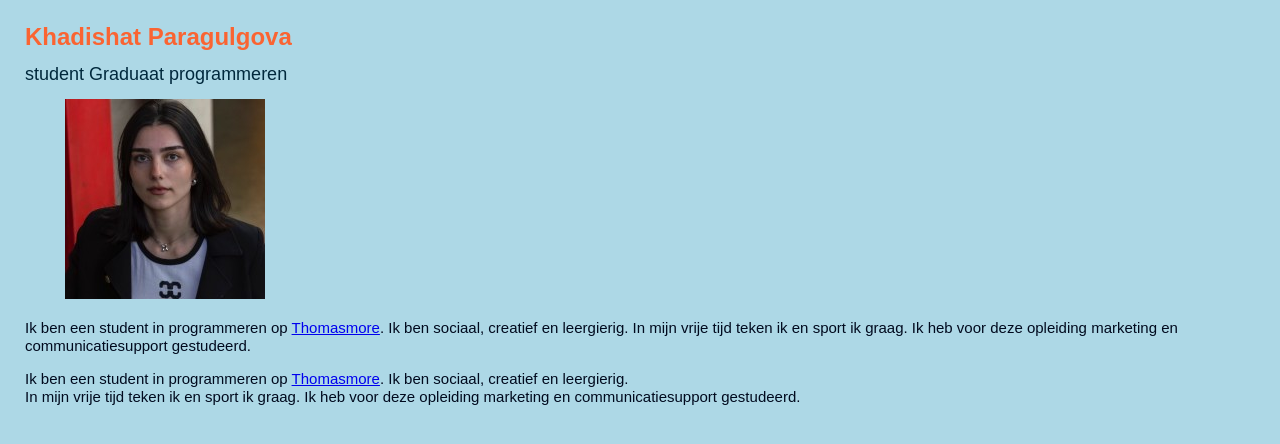
Repository: khadishat00/portfolio
Page: index.html
An editor plug-in stored every save of this project. The page is shown before and after the next save, followed by the edit.
The browser window is 1280 px wide. The pictures show the whole page.

Above is the page before, as saved 2026-09-24 14:46:45.

### index.html
<!doctype html>
<html lang="en">
  <head>
    <meta charset="UTF-8" />
    <meta name="viewport" content="width=device-width, initial-scale=1.0" />
    <title>portfolio</title>
  </head>
  <style>
    html {
      font-family: Arial, sans-serif;
    }
    body{
        background-color: lightblue;
        margin: 25px ;
    }
    h1 {
      font-family: "Century Gothic", sans-serif;
      color: #fa6432;
      font-weight: bold;
      font-size: 24px;
      line-height: 24px;
    }
    h2 {
      font-family: "Century Gothic", sans-serif;
      color: #00283c;
      font-weight: normal;
      font-size: 18px;
      line-height: 18px;
    }
    p {
      font-family: Arial, sans-serif;
      color: #000a1e;
      font-size: 15px;
      line-height: 18px;
      font-weight: normal;
      padding: ;
    }

figure {
    display: block;
    margin-block-start: 1em;
    margin-block-end: 1em;
    margin-inline-start: 40px;
    margin-inline-end: 40px;
    unicode-bidi: isolate;
}

    img {
      max-width: 100%;
    }
  </style>
  <body>
    <h1>Khadishat Paragulgova</h1>
    <h2>student Graduaat programmeren</h2>
    <figure>
      <img src="profielfoto.jpg" alt="Mijn profielfoto" />
    </figure>
    <p>
      Ik ben een student in programmeren op
      <a href="https://thomasmore.be/nl">Thomasmore</a>. Ik ben sociaal,
      creatief en leergierig. In mijn vrije tijd teken ik en sport ik graag. Ik
      heb voor deze opleiding marketing en communicatiesupport gestudeerd.
    </p>

     <p>
      Ik ben een student in programmeren op
      <a href="https://thomasmore.be/nl">Thomasmore</a>. Ik ben sociaal,
      creatief en leergierig. <br>In mijn vrije tijd teken ik en sport ik graag. Ik
      heb voor deze opleiding marketing en communicatiesupport gestudeerd.
    </p>
  </body>
</html>

After the next save:
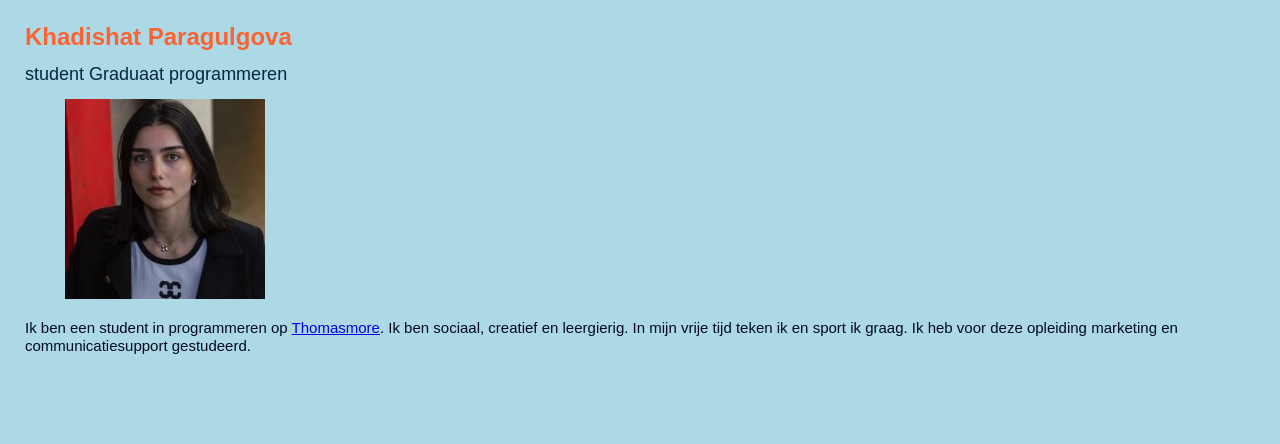
Saved 5 s later.
--- a/index.html
+++ b/index.html
@@ -63,10 +63,6 @@ figure {
     </p>
 
      <p>
-      Ik ben een student in programmeren op
-      <a href="https://thomasmore.be/nl">Thomasmore</a>. Ik ben sociaal,
-      creatief en leergierig. <br>In mijn vrije tijd teken ik en sport ik graag. Ik
-      heb voor deze opleiding marketing en communicatiesupport gestudeerd.
     </p>
   </body>
 </html>
